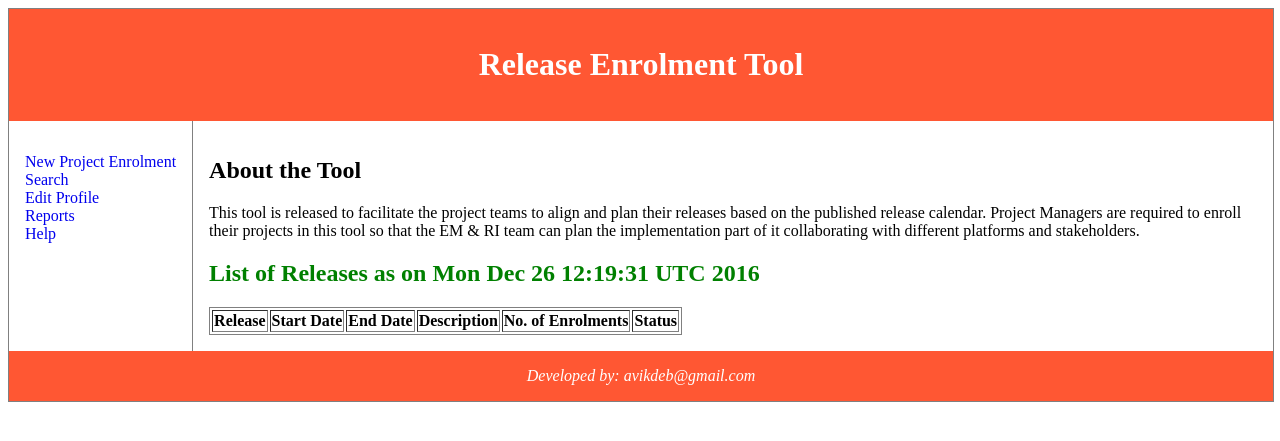
Repository: guribrar/enrolmentapp
Page: http://localhost/enrolmentapp/testlogin.jsp
These files come from the project's save history. The page is drawn as it stood at one moment and after the next save; the edit follows.
The browser window is 1280 px wide. The pictures show the whole page.
The page is served by Tomcat 9. Other server files are loaded and not shown. Queries for data that is not in the repository find no rows.

Above is the page before, as saved 2016-12-31 16:10:54.

### enrolmentapp/WebContent/testlogin.jsp
<%@page import="java.util.Date"%>
<%@ page language="java" contentType="text/html; charset=ISO-8859-1"
    pageEncoding="ISO-8859-1"%>

<%@ taglib uri="http://java.sun.com/jsp/jstl/sql" prefix="sql" %>
<%@ taglib uri="http://java.sun.com/jsp/jstl/core" prefix="c" %>

<!DOCTYPE html>

<sql:query var="rs" dataSource="jdbc/enrolmentapp">
	select * from enrolmentapp.release
</sql:query>

<html>
<head>
<style>
div.container {
    width: 100%;
    border: 1px solid gray;
}

header, footer {
    padding: 1em;
    color: white;
    background-color: #FF5733;
    clear: left;
    text-align: center;
}

nav {
    float: left;
    max-width: 160px;
    margin: 0;
    padding: 1em;
}

nav ul {
    list-style-type: none;
    padding: 0;
}

nav ul a {
    text-decoration: none;
}

article {
    margin-left: 170px;
    border-left: 1px solid gray;
    padding: 1em;
    overflow: hidden;
}
</style>
</head>
<body>

<div class="container">

<header>
   <h1>Release Enrolment Tool</h1>
</header>

<nav>
  <ul>
    <li><a href="#">New Project Enrolment</a></li>
    <li><a href="#">Search</a></li>
    <li><a href="#">Edit Profile</a></li>
    <li><a href="#">Reports</a></li>
    <li><a href="#">Help</a></li>
  </ul>
</nav>

<article>
  <h1>About the Tool</h1>
  <p>
  This tool is released to facilitate the project teams to align and plan their releases based on the published release calendar.
  Project Managers are required to enroll their projects in this tool so that the EM & RI team can plan the implementation part of it
  collaborating with different platforms and stakeholders.

  <h1><font color="green">List of Releases as on <%= new Date() %></font></h1>

  <table frame="box" border="1">

	<tr>
		<th>Release</th>
		<th>Start Date</th>
		<th>End Date</th>
		<th>Description</th>
		<th>No. of Enrolments</th>
		<th>Status</th>
	</tr>
	<c:forEach var="row" items="${rs.rows}">
	<tr>
		<td>${row.releasename}</td>
		<td>${row.releasestartdate}</td>
		<td>${row.releaseenddate}</td>
		<td>${row.desc}</td>
		<td>5</td>
		<td>${row.status}</td>
	</tr>
	</c:forEach>
</table>

</article>

<footer><i>Developed by: avikdeb@gmail.com</i></footer>

</div>

</body>
</html>

After the next save:
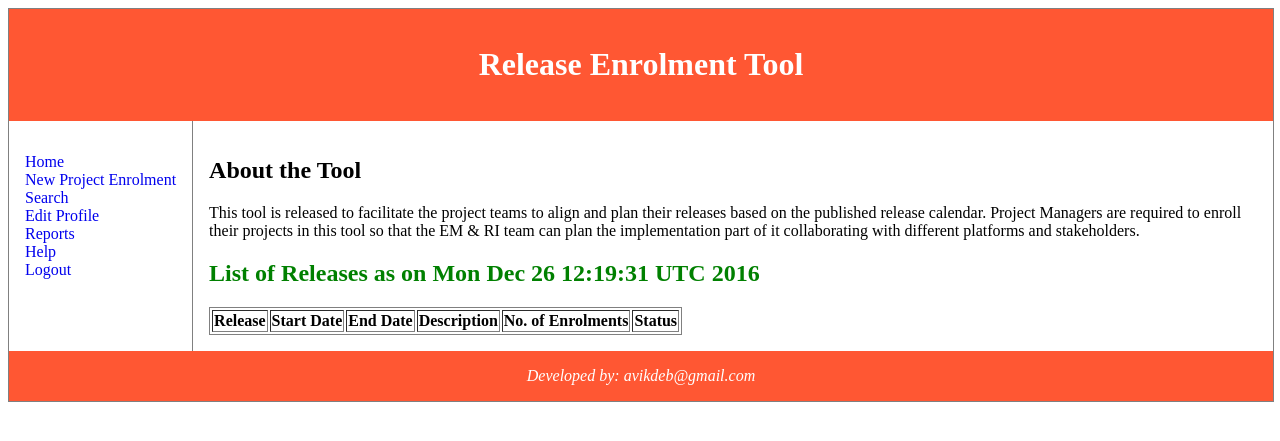
Saved 2 min 30 s later.
--- a/enrolmentapp/WebContent/testlogin.jsp
+++ b/enrolmentapp/WebContent/testlogin.jsp
@@ -61,11 +61,13 @@ article {
 
 <nav>
   <ul>
+    <li><a href="#">Home</a></li>
     <li><a href="#">New Project Enrolment</a></li>
     <li><a href="#">Search</a></li>
     <li><a href="#">Edit Profile</a></li>
     <li><a href="#">Reports</a></li>
     <li><a href="#">Help</a></li>
+    <li><a href="#">Logout</a></li>
   </ul>
 </nav>
 
